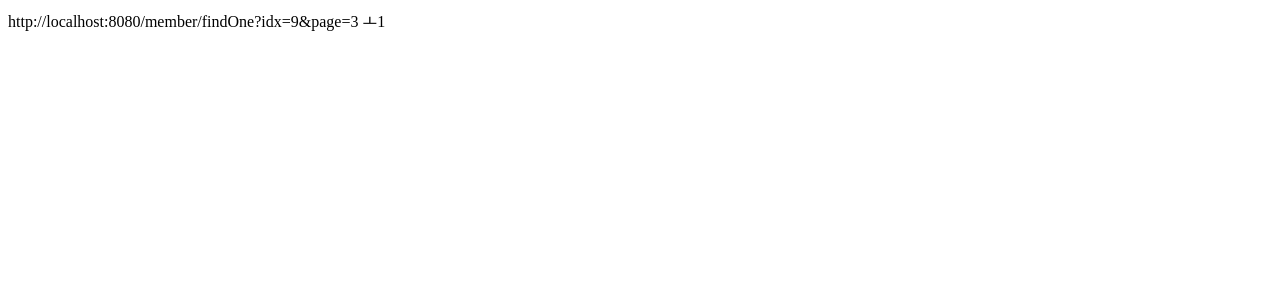
Repository: Rysdne/01_Java
Page: http://localhost/membermvc2_test/jstltest/makeurl.jsp
These files come from the project's save history. The page is drawn as it stood at one moment and after the next save; the edit follows.
The browser window is 1280 px wide. The pictures show the whole page.
The page is served by Tomcat 9. Other server files are loaded and not shown.

Above is the page before, as saved 2022-07-15 02:26:13.

### membermvc2_test/src/main/webapp/jstltest/makeurl.jsp
<%@ page language="java" contentType="text/html; charset=UTF-8"
    pageEncoding="UTF-8"%>
<%@ taglib prefix="c" uri="http://java.sun.com/jsp/jstl/core"%>

<%-- http://localhost:8080/member/findOne?idx=9&page=3 --%>
<c:url var="makeurl" value="http://localhost:8080/member/findOne">
<c:param name="idx" value="9"/>
<c:param name="page" value="3"/>
</c:url>
${makeurl}
<%-- <c:redirect url="${makeurl}"/> --%>

<%-- 페이지 내부에 포함시키기 --%>

ㅗ1

After the next save:
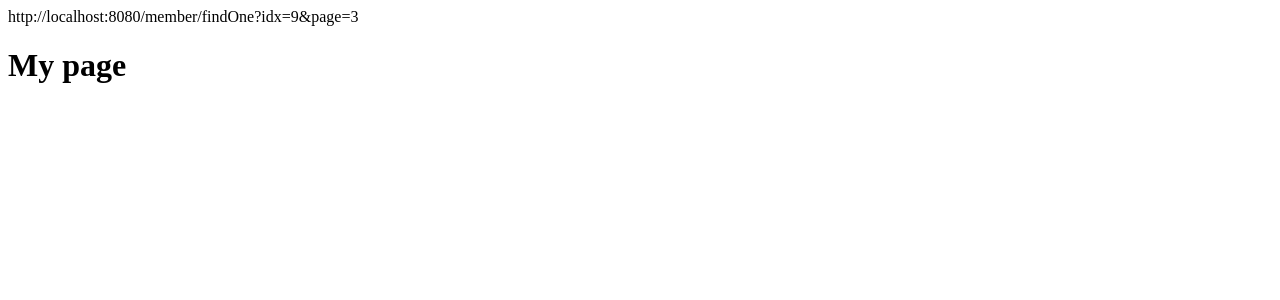
Saved 17 s later.
--- a/membermvc2_test/src/main/webapp/jstltest/makeurl.jsp
+++ b/membermvc2_test/src/main/webapp/jstltest/makeurl.jsp
@@ -12,4 +12,4 @@ ${makeurl}
 
 <%-- 페이지 내부에 포함시키기 --%>
 
-ㅗ1
+<h1>My page</h1>
